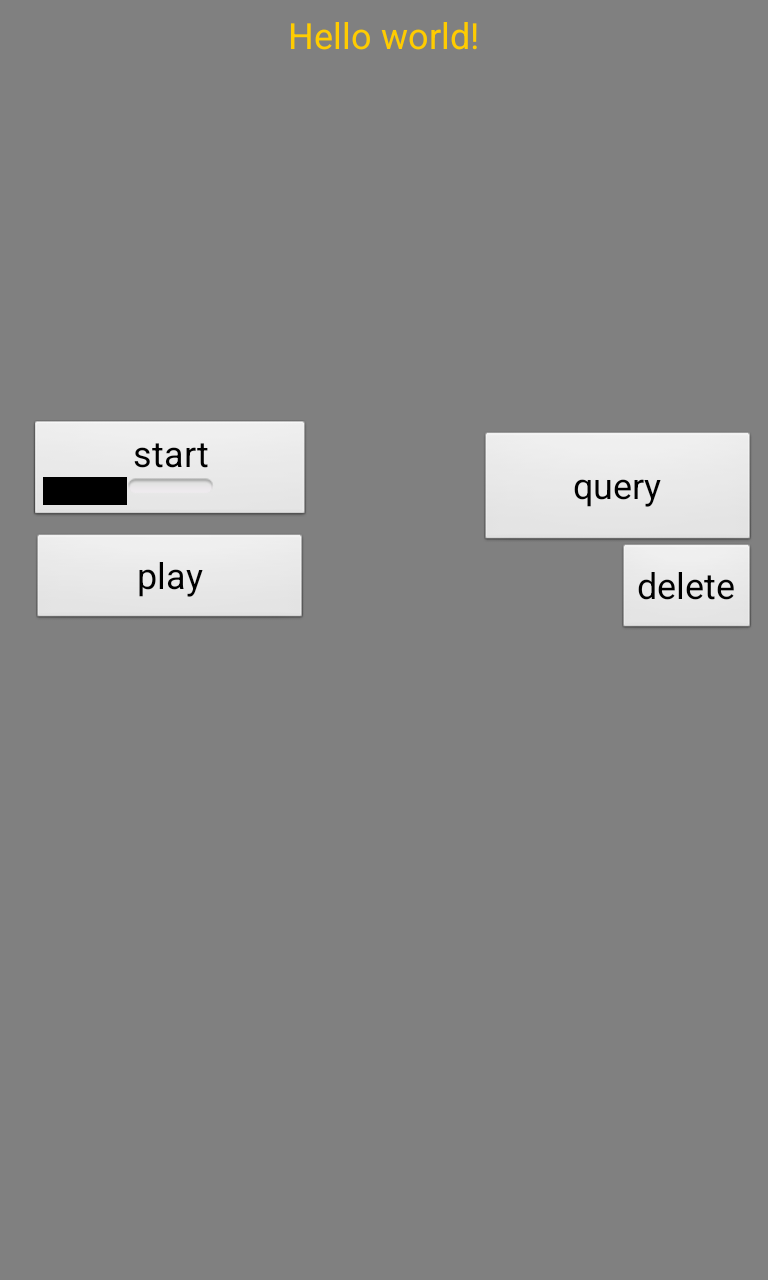
Repository: FreyrChen/tucan_Linux_practice
Layout: 4_Android_program/MusicIdentify/res/layout/activity_main.xml
The author's editor kept a copy of each file at every save. The layout is drawn from the files as they stood at one save, then again after the next save.
It is drawn on a 768 x 1280 px phone screen (xhdpi) without system bars, with theme AppTheme; the app's code is not run.

Above is the layout before, as saved 2013-05-30 08:56:40.

### 4_Android_program/MusicIdentify/res/layout/activity_main.xml
<RelativeLayout xmlns:android="http://schemas.android.com/apk/res/android"
    xmlns:tools="http://schemas.android.com/tools"
    android:layout_width="match_parent"
    android:layout_height="match_parent"
    android:padding="10px"
    android:background="#808080"
    tools:context=".MainActivity" >

    <TextView
        android:id="@+id/info_text"
        android:layout_width="wrap_content"
        android:layout_height="200dp"
        android:layout_centerHorizontal="true"
        android:textSize="18sp"
        android:text="@string/hello_world"
        android:background="#00FF0000"
	    android:textColor="#FFCC00"
    />

     <ToggleButton
		android:id="@+id/start_button"
		android:textOn="@string/stop"
		android:textOff="@string/start"
		android:textSize="18sp"
	 	android:layout_width="140dp"
	 	android:layout_height="wrap_content"
	    android:layout_alignParentLeft="true"
	    android:layout_marginTop="5dp"
	    android:layout_marginLeft="10dp"
	    android:layout_below="@+id/info_text"
 	/>

    <Button
	 	android:id="@+id/query_button"
	 	android:layout_width="140dp"
	 	android:layout_height="60dp"
	 	android:textSize="18sp"
	 	android:text="@string/query"
	    android:layout_marginTop="5dp"
	    android:layout_marginLeft="10dp"
	    android:layout_alignParentRight="true"
	    android:layout_alignTop="@+id/start_button"
 	/>

    <Button
	 	android:id="@+id/play_button"
		android:text="@string/play"
		android:textSize="18sp"
	 	android:layout_width="140dp"
	 	android:layout_height="wrap_content"
	    android:layout_alignParentLeft="true"
	    android:layout_marginTop="5dp"
	    android:layout_marginLeft="10dp"
	    android:layout_below="@+id/start_button"
 	/>


    <Button
	 	android:id="@+id/delete_button"
	 	android:layout_width="wrap_content"
	 	android:layout_height="wrap_content"
	 	android:textSize="18sp"
	 	android:text="@string/delete"
	    android:layout_marginTop="5dp"
	    android:layout_marginLeft="10dp"
	    android:layout_alignParentRight="true"
	    android:layout_alignTop="@+id/play_button"
 	/>





</RelativeLayout>

### 4_Android_program/MusicIdentify/res/values/strings.xml
<?xml version="1.0" encoding="utf-8"?>
<resources>

    <string name="app_name">MusicIdentify</string>
    <string name="hello_world">Hello world!</string>
    <string name="menu_settings">Settings</string>
    <string name="start">start</string>
    <string name="stop">stop</string>
    <string name="play">play</string>
    <string name="query">query</string>
    <string name="delete">delete</string>


</resources>

Loaded but not shown: 4_Android_program/MusicIdentify/res/values/styles.xml (common file)

After the next save:
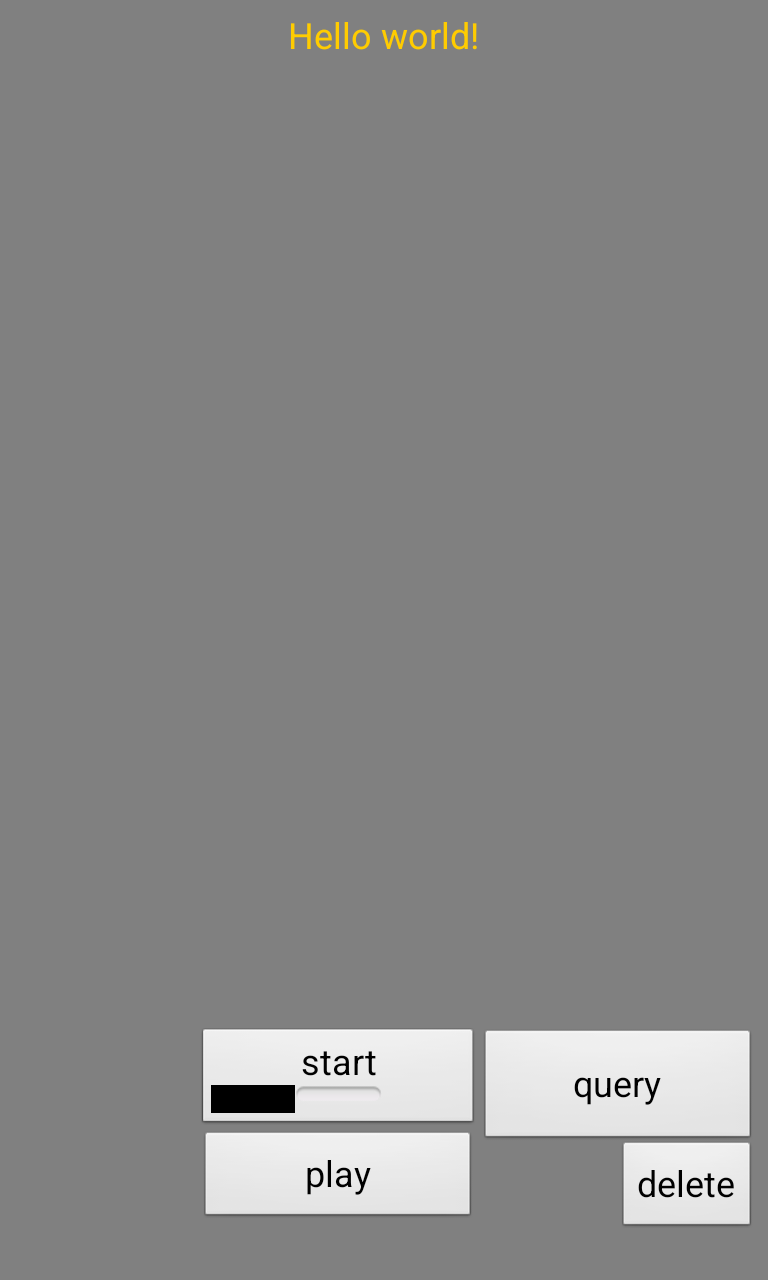
Saved 89 s later.
--- a/4_Android_program/MusicIdentify/res/layout/activity_main.xml
+++ b/4_Android_program/MusicIdentify/res/layout/activity_main.xml
@@ -17,43 +17,6 @@
 	    android:textColor="#FFCC00"
     />
 
-     <ToggleButton
-		android:id="@+id/start_button"
-		android:textOn="@string/stop"
-		android:textOff="@string/start"
-		android:textSize="18sp"
-	 	android:layout_width="140dp"
-	 	android:layout_height="wrap_content"
-	    android:layout_alignParentLeft="true"
-	    android:layout_marginTop="5dp"
-	    android:layout_marginLeft="10dp"
-	    android:layout_below="@+id/info_text"
- 	/>
-
-    <Button
-	 	android:id="@+id/query_button"
-	 	android:layout_width="140dp"
-	 	android:layout_height="60dp"
-	 	android:textSize="18sp"
-	 	android:text="@string/query"
-	    android:layout_marginTop="5dp"
-	    android:layout_marginLeft="10dp"
-	    android:layout_alignParentRight="true"
-	    android:layout_alignTop="@+id/start_button"
- 	/>
-
-    <Button
-	 	android:id="@+id/play_button"
-		android:text="@string/play"
-		android:textSize="18sp"
-	 	android:layout_width="140dp"
-	 	android:layout_height="wrap_content"
-	    android:layout_alignParentLeft="true"
-	    android:layout_marginTop="5dp"
-	    android:layout_marginLeft="10dp"
-	    android:layout_below="@+id/start_button"
- 	/>
-
 
     <Button
 	 	android:id="@+id/delete_button"
@@ -67,8 +30,33 @@
 	    android:layout_alignTop="@+id/play_button"
  	/>
 
+    <Button
+        android:id="@+id/play_button"
+        android:layout_width="140dp"
+        android:layout_height="wrap_content"
+        android:layout_alignLeft="@+id/start_button"
+        android:layout_alignParentBottom="true"
+        android:layout_marginBottom="22dp"
+        android:text="@string/play"
+        android:textSize="18sp" />
 
+    <ToggleButton
+        android:id="@+id/start_button"
+        android:layout_width="140dp"
+        android:layout_height="wrap_content"
+        android:layout_above="@+id/play_button"
+        android:layout_toLeftOf="@+id/query_button"
+        android:textOff="@string/start"
+        android:textOn="@string/stop"
+        android:textSize="18sp" />
 
-
+    <Button
+        android:id="@+id/query_button"
+        android:layout_width="140dp"
+        android:layout_height="60dp"
+        android:layout_alignRight="@+id/delete_button"
+        android:layout_alignTop="@+id/start_button"
+        android:text="@string/query"
+        android:textSize="18sp" />
 
 </RelativeLayout>

After the save that followed:
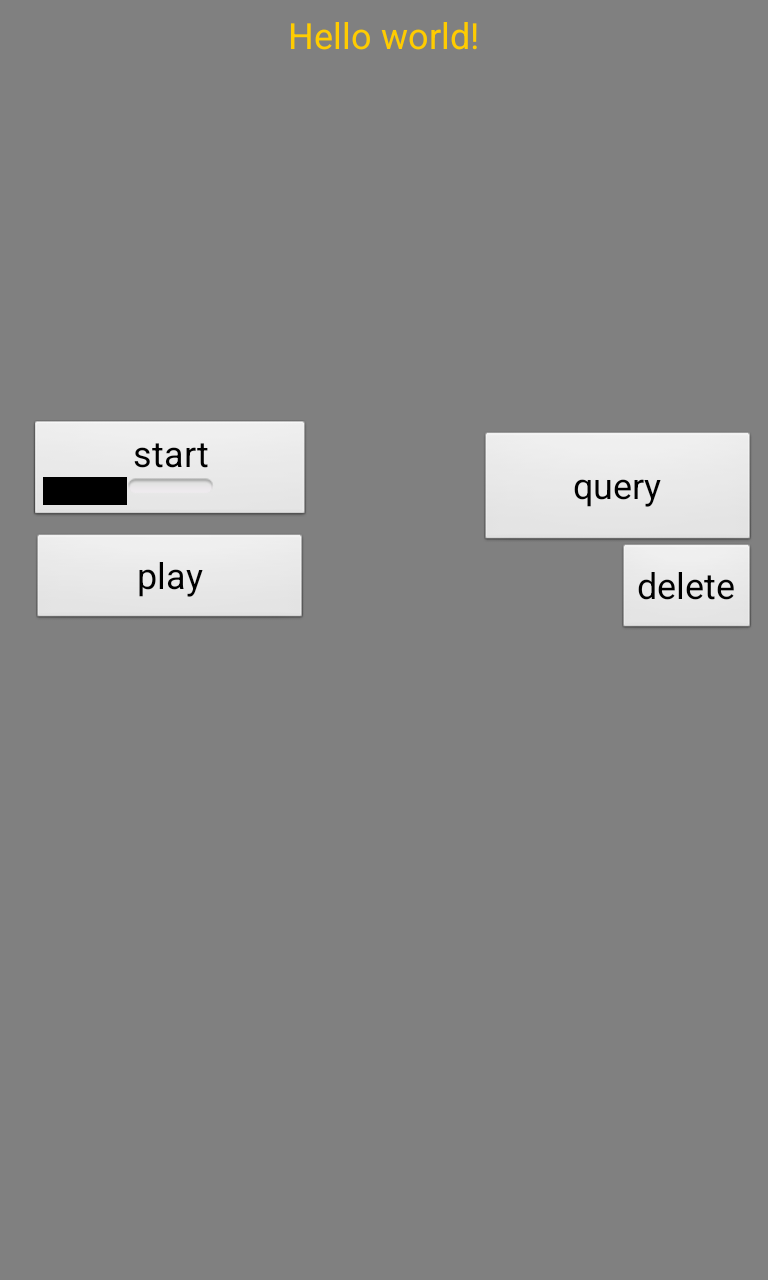
Saved 52 s later.
--- a/4_Android_program/MusicIdentify/res/layout/activity_main.xml
+++ b/4_Android_program/MusicIdentify/res/layout/activity_main.xml
@@ -17,6 +17,43 @@
 	    android:textColor="#FFCC00"
     />
 
+     <ToggleButton
+		android:id="@+id/start_button"
+		android:textOn="@string/stop"
+		android:textOff="@string/start"
+		android:textSize="18sp"
+	 	android:layout_width="140dp"
+	 	android:layout_height="wrap_content"
+	    android:layout_alignParentLeft="true"
+	    android:layout_marginTop="5dp"
+	    android:layout_marginLeft="10dp"
+	    android:layout_below="@+id/info_text"
+ 	/>
+
+    <Button
+	 	android:id="@+id/query_button"
+	 	android:layout_width="140dp"
+	 	android:layout_height="60dp"
+	 	android:textSize="18sp"
+	 	android:text="@string/query"
+	    android:layout_marginTop="5dp"
+	    android:layout_marginLeft="10dp"
+	    android:layout_alignParentRight="true"
+	    android:layout_alignTop="@+id/start_button"
+ 	/>
+
+    <Button
+	 	android:id="@+id/play_button"
+		android:text="@string/play"
+		android:textSize="18sp"
+	 	android:layout_width="140dp"
+	 	android:layout_height="wrap_content"
+	    android:layout_alignParentLeft="true"
+	    android:layout_marginTop="5dp"
+	    android:layout_marginLeft="10dp"
+	    android:layout_below="@+id/start_button"
+ 	/>
+
 
     <Button
 	 	android:id="@+id/delete_button"
@@ -30,33 +67,8 @@
 	    android:layout_alignTop="@+id/play_button"
  	/>
 
-    <Button
-        android:id="@+id/play_button"
-        android:layout_width="140dp"
-        android:layout_height="wrap_content"
-        android:layout_alignLeft="@+id/start_button"
-        android:layout_alignParentBottom="true"
-        android:layout_marginBottom="22dp"
-        android:text="@string/play"
-        android:textSize="18sp" />
 
-    <ToggleButton
-        android:id="@+id/start_button"
-        android:layout_width="140dp"
-        android:layout_height="wrap_content"
-        android:layout_above="@+id/play_button"
-        android:layout_toLeftOf="@+id/query_button"
-        android:textOff="@string/start"
-        android:textOn="@string/stop"
-        android:textSize="18sp" />
 
-    <Button
-        android:id="@+id/query_button"
-        android:layout_width="140dp"
-        android:layout_height="60dp"
-        android:layout_alignRight="@+id/delete_button"
-        android:layout_alignTop="@+id/start_button"
-        android:text="@string/query"
-        android:textSize="18sp" />
+
 
 </RelativeLayout>
